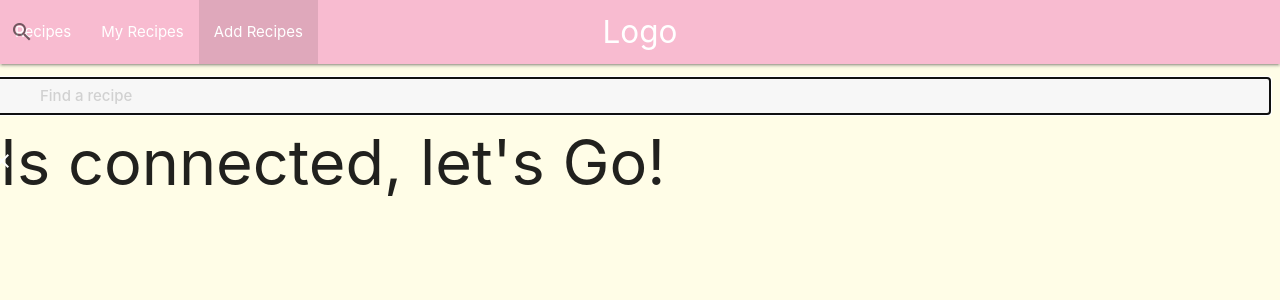
Repository: pazcm/cook-book
Page: http://localhost/
The author's editor kept a record of every edit. The page is drawn from the files as they stood at one moment, then again after the next edit.
The browser window is 1280 px wide. The pictures show the whole page.
The first visible `input.search-field` has the focus.
Some web libraries are served in a nearby version. The page is served by the project's application, run on Flask 3 (app.py). Queries for data that is not in the repository find no rows.

Above is the page before.

### templates/recipes.html
{% extends 'base.html' %}
{% block content %}
        {% for recipe in recipes %}
            {{recipe.name}}
            {{recipe.description}}
            {{recipe.author}}
            {{recipe.category}}
            {{recipe.cusine}}
            {{recipe.serves}}
            {{recipe.readyIn}}
            {{recipe.difficulty}}
            {{recipe.ingredients}}
            {{recipe.instructions}}
            {{recipe.tips}}
        {% endfor %}
    <!--    <ul class="collapsible" data-collapsible="accordion">-->
    <!--    <li>-->
    <!--        <div class="collapsible-header"><i class="material-icons">filter_drama</i>First</div>-->
    <!--        <div class="collapsible-body"><span>Lorem ipsum dolor sit amet.</span></div>-->
    <!--    </li>-->
    <!--    <li>-->
    <!--        <div class="collapsible-header"><i class="material-icons">place</i>Second</div>-->
    <!--        <div class="collapsible-body"><span>Lorem ipsum dolor sit amet.</span></div>-->
    <!--    </li>-->
    <!--    <li>-->
    <!--        <div class="collapsible-header"><i class="material-icons">whatshot</i>Third</div>-->
    <!--        <div class="collapsible-body"><span>Lorem ipsum dolor sit amet.</span></div>-->
    <!--    </li>-->
    <!--</ul>-->
{% endblock %}

### templates/base.html
<!DOCTYPE html>
<html lang="en">
<html>
    <head>
        <meta charset="UTF-8">
        <meta name="viewport" content="width=device-width, initial-scale=1.0">
        <meta http-equiv="X-UA-Compatible" content="ie=edge">
        <!-- fonts icons -->
        <link href="https://fonts.googleapis.com/icon?family=Material+Icons" rel="stylesheet">
        <link href="https://stackpath.bootstrapcdn.com/font-awesome/4.7.0/css/font-awesome.min.css">
        <!-- Materialize -->
        <link rel="stylesheet" href="https://cdnjs.cloudflare.com/ajax/libs/materialize/1.0.0/css/materialize.min.css">
        <!-- custom CSS -->
        <link rel="stylesheet" href="{{ url_for('static', filename='css/style.css') }}" type="text/css" />

        <title>Cook Book app</title>
    </head>
    <body>
        <!-- Header - Navigation bar -->
        <nav>
            <div class="nav-wrapper">
            <!--sidenav-->
            <ul id="slide-out" class="sidenav">
                <li>
                    <div class="user-view">
                        <div class="background">
                            <img src="static/images/yellow-unsplash.jpg">
                        </div>
                        <a href="#user"><img class="circle" src="static/images/toa-unsplash.jpg"></a>
                        <a href="#name"><span class="white-text name">Mary Jane</span></a>
                        <a href="#email"><span class="white-text email">maryjane@example.com</span></a>
                    </div>
                </li>
                <li><a href="#!"><i class="material-icons">local_dining</i>Link Logo Cook Book</a></li>
                <li>
                    <div class="divider"></div>
                </li>
                <li><a class="subheader">Browse</a></li>
                <li><a class="waves-effect" href="#!">Recipes</a></li>
                <li><a class="waves-effect" href="#!">My Recipes</a></li>
                <li><a class="waves-effect" href="#!">Add Recipes</a></li>
            </ul>
            <a href="#" data-target="slide-out" class="sidenav-trigger"><i class="material-icons">menu</i></a>
            <!--end sidenav-->

            <!--navbar menu-->
            <a href="#" class="brand-logo center">Logo</a>
            <ul id="nav-mobile" class="left hide-on-med-and-down">
                <li><a href="templates/recipes.html">Recipes</a></li>
                <li><a href="templates/my-recipes.html">My Recipes</a></li>
                <li class="active"><a href="templates/add-recipes.html">Add Recipes</a></li>
            </ul>
            <div class="search-box">
                    <form action="" class="browser-default right">
                          <input id="search-input" placeholder="Find a recipe" type="text" class="browser-default search-field" name="q" value="" autocomplete="off" aria-label="Search box">
                          <label for="search-input"><i class="material-icons search-icon">search</i></label>
                          <i class="material-icons search-close-icon">close</i>
                  </form>
                </div>
            </div>
            <!--end navebar menu-->
        </nav>
        <h1>Is connected, let's Go!</h1>
        {% block content %}
        {% endblock %}


        <!-- jQuery-->
        <script src="https://cdnjs.cloudflare.com/ajax/libs/jquery/3.2.1/jquery.min.js"></script>
        <!-- Compiled and minified JavaScript -->
        <script src="https://cdnjs.cloudflare.com/ajax/libs/materialize/1.0.0/js/materialize.min.js"></script>

        <!-- Collapsible Sidenav  -->
        <script type="text/javascript">
             $(document).ready(function () {
                    $('.sidenav').sidenav();
                });
        </script>

    </body>
</html>

### app.py
import os
from flask import Flask, render_template, redirect, request, url_for
from flask_pymongo import PyMongo
from bson.objectid import ObjectId

app = Flask(__name__)
app.config["MONGO_DBNAME"] = 'cook-book-db'
app.config["MONGO_URI"] = 'mongodb+srv://root:r00tUser@cluster2-6phdr.mongodb.net/cook-book-db?retryWrites=true&w=majority'

mongo = PyMongo(app)


@app.route('/')
@app.route('/get_recipes')
def get_recipe():
    return render_template("recipes.html", recipes=mongo.db.recipes.find())

# Search box










if __name__ == '__main__':
    app.run(host=os.environ.get('IP'),
            port=int(os.environ.get('PORT')),
            debug=True)

### static/css/style.css
body {
  background-color: #fffde7;
}

nav .nav-wrapper {
  background-color: #f8bbd0;
  margin-right: 0px;
}

/*search box*/

nav .search-box {
  position: relative;
  height: 100%;
  margin-right: 10px;
}

input.search-field {
  width: 1px;
  margin-right: 0;
  padding: 10px 25px;
  font-weight: 500;
  color: rgba(0, 0, 0, 0.54);
  border-radius: 2px;
  border: 0;
  height: 36px;
  background: #f7f7f7;
  transition: background 0.2s, width .2s;
  }

input.search-field:hover {
  background: #ebebeb;
}

.search-icon {
  position: absolute;
  top: 0;
  padding-left: 15px;
  color: rgba(0, 0, 0, 0.54);
}

  input.search-field:focus {
    width: 100vw;
    padding: 8px 8px 8px 50px;

  }



@media (min-width: 600px) {

/*search box*/

input.search-field {
  padding: 8px 8px 8px 60px;
  width: 200px;
}

.search-icon {
  padding-left: 20px;
}

After the next edit:
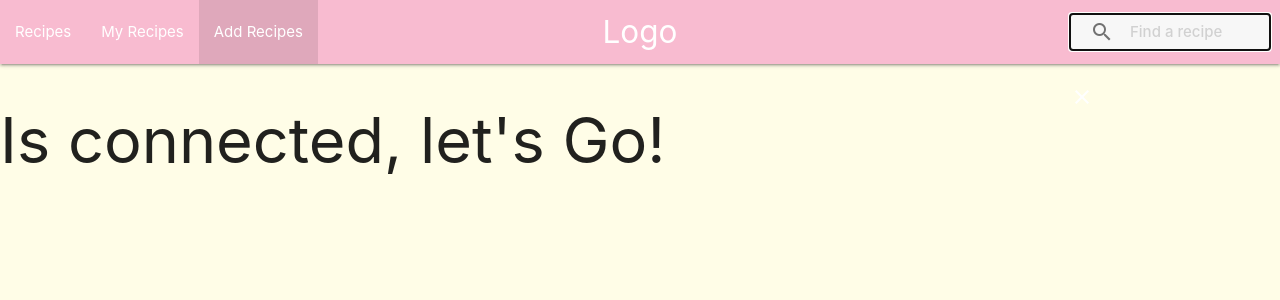
The edit:
--- a/static/css/style.css
+++ b/static/css/style.css
@@ -39,11 +39,6 @@
   color: rgba(0, 0, 0, 0.54);
 }
 
-  input.search-field:focus {
-    width: 100vw;
-    padding: 8px 8px 8px 50px;
-
-  }
 
 
 

After the edit that followed:
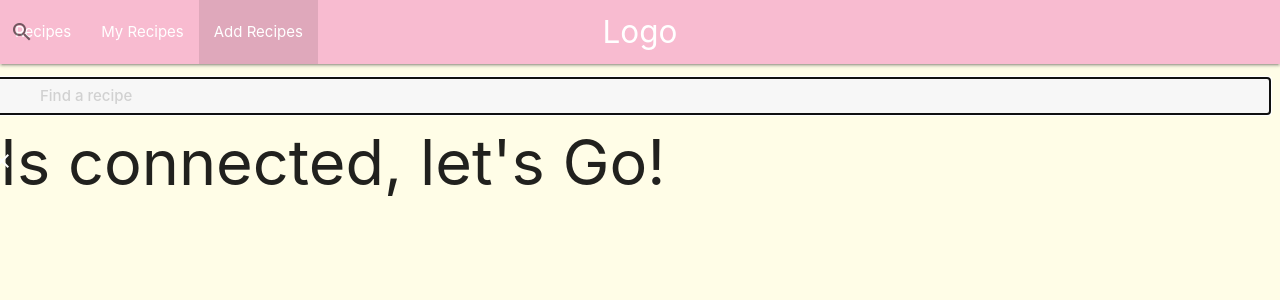
The edit:
--- a/static/css/style.css
+++ b/static/css/style.css
@@ -32,6 +32,12 @@
   background: #ebebeb;
 }
 
+input.search-field:focus {
+    width: 100vw;
+    padding: 8px 8px 8px 50px;
+
+  }
+
 .search-icon {
   position: absolute;
   top: 0;
